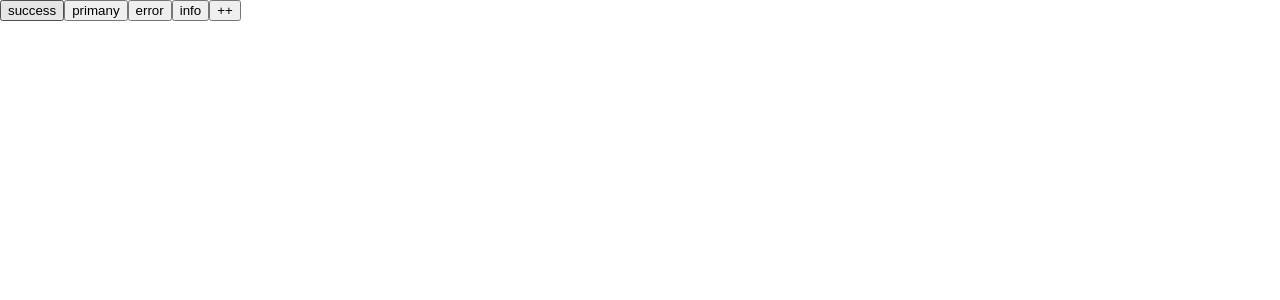
Repository: loooseFish/Jenkins_Case
Page: /
The author's editor kept a copy of each file at every save. The page is drawn from the files as they stood at one save, then again after a run of saves.
The browser window is 1280 px wide. The pictures show the whole page.
The project was rebuilt for these pictures with package versions that can differ from the ones it lists, and the page was loaded fresh each time. Also part of the build but not shown: vue.config.js.

Above is the page before, as saved 2024-05-13 19:20:32.

### src/main.js
import Vue from 'vue' // 导入Vue的核心包
import Parent from './App.vue'
import router from './router'
// message解构
import { message } from './components';
Vue.use(message)
// Vue.use(message)

Vue.config.productionTip = false

// vue错误包装
Vue.config.errorHandler = function (err, vm, info) {
  // 错误处理逻辑
  if (err.isAxiosError) {
    //axios请求错误为手动捕获 不需要进行解析处理
  } else {
    const errJson = JSON.stringify(err, Object.getOwnPropertyNames(err), 2)
    console.log(JSON.parse(errJson))
  }
};

// vue省略
// Vue.config.ignoredElements = [
//   'app',
//   // 用一个 `RegExp` 忽略所有“ion-”开头的元素
//   // 仅在 2.5+ 支持
//   /^app-/
// ]

// vue性能优化 https://juejin.cn/post/6844903651262070791#heading-0
Vue.config.performance = true;

// 初始化Vue实例
new Vue({
  render: h => h(Parent), // 执行App.vue组件
  router,
}).$mount('#app') // 挂载到index.html页面中的id="app"

### src/App.vue
<template>
  <div id="app">
    <button @click="$msg.show({ type: 'success', content: 'hello' });">success</button>
    <button @click="$msg.show({ type: 'primany' });">primany</button>
    <button @click="$msg.show({ type: 'error' });">error</button>
    <button @click="$msg.show({ type: 'info' });">info</button>

    <button @click="add">++</button>
  </div>
</template>

<script>
export default {
  data() {
    return {
      number: [1, 2, 3, 4, 5, 6]
    }
  },
  components: {
  },
  methods: {
    add() {
      if (!this.add) {
        this.$set(this, 'add', 1)
      } else {
        this.add++
      }
    }
  },
  created() {
    // new -----------------------------------------------------------------------------

    // new 操作符做了什么事情
    // function Foo() {

    // }

    // prototype 和 __proto__ (no)
    // console.log(Foo.prototype === new Foo().__proto__);

    // new 模拟执行
    // function Fun(age, name) {
    //   this.age = age;
    //   this.name = name;
    // }

    // function create(fn, ...args) {
    //   // 创建空对象
    //   var obj = {};
    //   // 将空对象的原型，指向与构造函数的原型
    //   Object.setPrototypeOf(obj, fn.prototype);
    //   // 将空对象作为构造函数上下文（改变this指向
    //   var result = fn.apply(obj, args);
    //   // 判断返回类型
    //   return result instanceof Object ? result : obj
    // }

    // console.log(create(Fun, 18, '张三'));

    // new -----------------------------------------------------------------------------


    // call,apply,bind -----------------------------------------------------------------------------

    // function fun() {
    //   console.log('hello world');
    //   console.log(this);
    // };
    // 1.call可以调用方法
    // 2.call可以更改this指向
    // let dog = {
    //   name: '旺财',
    //   sayName(food1 = 1, food2 = 2) {
    //     console.log("dogName:" + this.name + food1 + food2);
    //   },
    //   eat(food1, food2) {
    //     console.log("dogEat:" + food1 + food2);
    //   }
    // }
    // let cat = {
    //   name: '喵喵'
    // }
    // fun.call(cat)
    // dog.sayName.call(cat)
    // 3.call可以传参
    // dog.sayName.call(cat, '鱼', 'meme')
    // apply
    // dog.eat.apply(cat, ['鱼', 'meme'])
    // bind
    // dog.eat.bind(cat, '鱼', 'meme')()
    // console.log();

    // function Aminal() {
    //   this.eat = function () {
    //     console.log('eat', this);
    //   }
    // }

    // function bird() {
    //   this.fly = function () {
    //     console.log('fly');
    //   }
    // }

    // function Cat() {
    //   console.log(this);

    //   Aminal.call(this);
    //   bird.call(this);
    // }

    // let cats = new Cat();
    // cats.fly();
    // cats.eat();

    // new Aminal().eat();
    // Aminal.call(dog)

    // call,apply,bind -----------------------------------------------------------------------------
  },
  render(createEle) {
    return createEle('ul', {
      attrs: { class: 'caseUl' }, on: {
        click: () => {
          console.log('render元素: ul');
        }
      }
    }, this.number.map(item => createEle('li', { attrs: { class: 'caseLi' } }, `${item}`)))
  },

}

</script>

<style>
.caseUl {
  border: 1px solid #000;
}

.caseLi {
  border: 1px solid #d21e1e;
}
</style>

### src/router/index.js
import Vue from 'vue';
import VueRouter from 'vue-router';

Vue.use(VueRouter);

const router = new VueRouter({
    // routes: [
    //     { path: '/', redirect: '/' },
    // ]
});

export default router;

### src/components/index.js
import message from './messageBox'

export {
    message
}

### src/components/messageBox/index.js
import Vue from "vue";
import _message from "./message.vue";

export default {
    install(Vue) {
        let messageBox = null
        let vm = null

        Vue.component(_message.name, _message);

        Vue.prototype.$msg = {
            show,
        }

        function show(props) {
            if (!messageBox) {
                messageBox = Vue.extend({
                    render(h) {
                        return h('message', { props })
                    }
                })

                vm = new messageBox().$mount();

                document.body.appendChild(vm.$el);

                setTimeout(() => {
                    document.body.removeChild(vm.$el);
                    messageBox = null;
                    vm = null;
                }, 1450);


            }
        }
    }

};

### src/components/messageBox/message.vue
<template>
    <div :class="['message', type]">

        <!-- new (yes), validator (yes 30%), 根节点 (yes), 导出模块集合 (yes), render (yes)-->


        <div class="header">

            <span>{{ title }}</span>

        </div>

        <div class="content">

            <span>{{ content }}</span>

        </div>

    </div>
</template>

<script>
export default {
    name: 'message',
    props: {
        type: {
            type: String,
            default: "success",
            validator(value) {
                return [
                    "success",
                    "primany",
                    "error",
                    "info"
                ].includes(value);
            }
        },
        content: {
            type: String,
            default: 'CONTENT'
        },
        title: {
            type: String,
            default: "TITLE"
        }
    },
    data() {
        return {
            message: 'default',
        }
    },

    components: {

    },
    methods: {

    },
    created() {

    }

}

</script>

<style lang="less">
body {
    margin: 0;
}

.displayFlex(@one, @two, @three) {
    display: flex;
    align-items: @one;
    justify-content: @two;
    flex-direction: @three;
}

.message {
    transition: all 0.3s;
    position: absolute;
    top: 0;
    left: 50%;
    transform: translate(-50%);
    border: 2px solid #00000066;
    width: 300px;
    height: 100px;
    border-radius: 5px;
    box-shadow: 0 2px 5px #aeaeae;
    .displayFlex(center, space-evenly, column);

    animation: moveY 1.5s linear;

    .header {
        width: 180px;

        .displayFlex(baseline, space-between, row);
    }

    .content {
        width: 180px;

        .displayFlex(baseline, space-between, row);
    }
}

@keyframes moveY {
    0% {
        opacity: .0;
    }

    25% {
        opacity: 1;
    }

    50% {
        opacity: 1;
    }


    75% {
        opacity: 1;
    }

    100% {
        opacity: .0;
    }
}

.success {
    background-color: #00ff4c20;
}

.primany {
    background-color: #ffe10020;
}

.error {
    background-color: #ff000020;
}

.info {
    background-color: #0026ff20;
}
</style>

Loaded but not shown: public/index.html (common file)

After the next 2 saves:
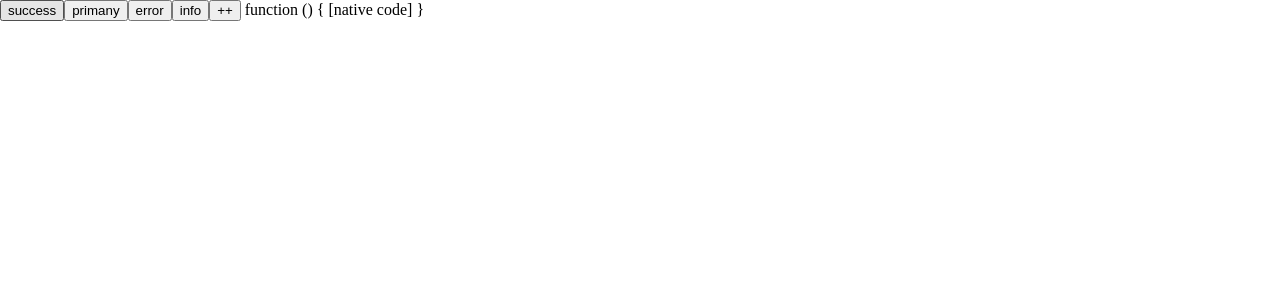
The 2 saves are shown as one change because they came seconds apart.
The last was saved 6 s later.
--- a/src/App.vue
+++ b/src/App.vue
@@ -6,6 +6,7 @@
     <button @click="$msg.show({ type: 'info' });">info</button>
 
     <button @click="add">++</button>
+    {{ add }}
   </div>
 </template>
 

After the 2 saves that followed:
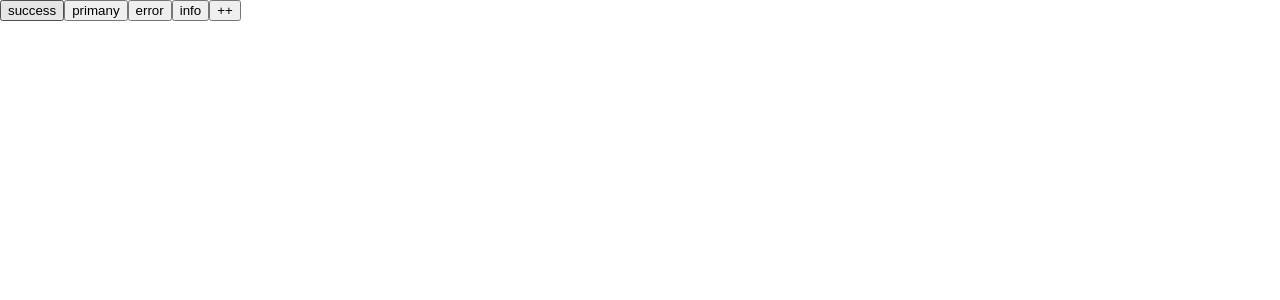
The 2 saves are shown as one change because they came seconds apart.
The last was saved 19 s later.
--- a/src/App.vue
+++ b/src/App.vue
@@ -6,7 +6,7 @@
     <button @click="$msg.show({ type: 'info' });">info</button>
 
     <button @click="add">++</button>
-    {{ add }}
+    {{ addd }}
   </div>
 </template>
 
@@ -21,10 +21,10 @@
   },
   methods: {
     add() {
-      if (!this.add) {
-        this.$set(this, 'add', 1)
+      if (!this.addd) {
+        this.$set(this, 'addd', 1)
       } else {
-        this.add++
+        this.addd++
       }
     }
   },
